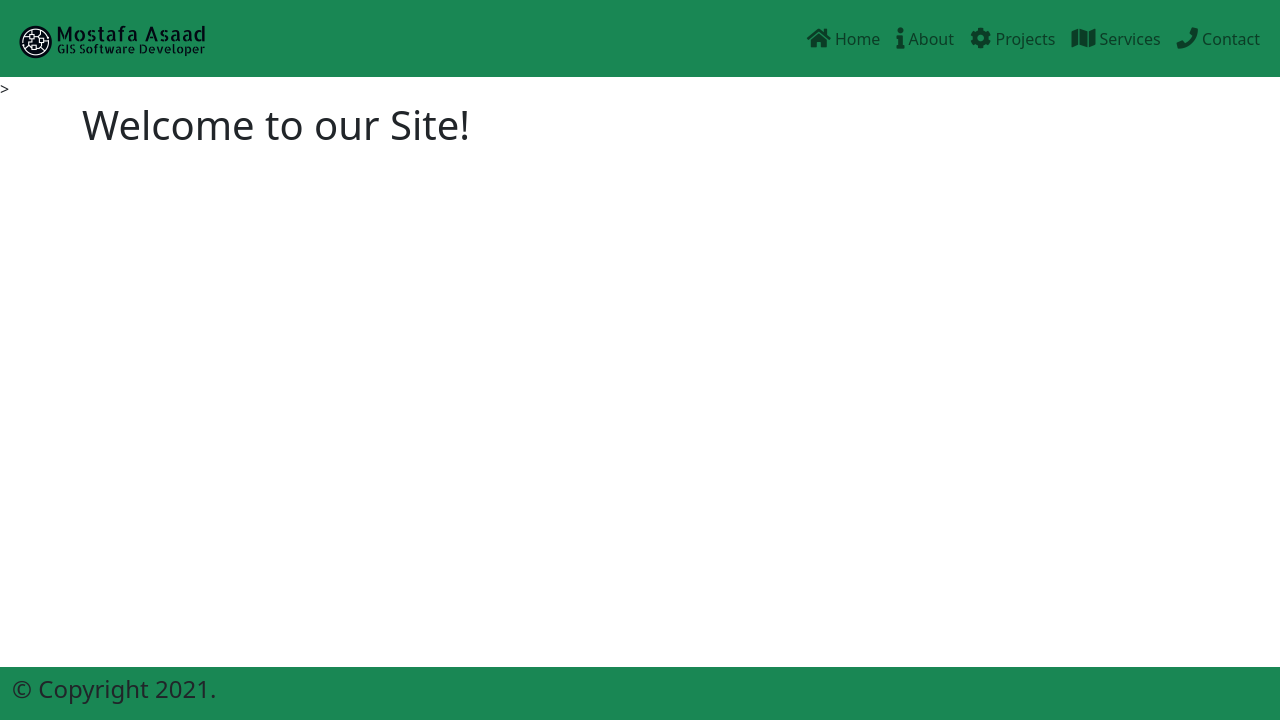
Repository: Mostafa-Asaad/Portfolio
Page: http://localhost/
An editor plug-in stored every save of this project. The page is shown before and after the next save, followed by the edit.
The browser window is 1280 px wide. The pictures show the whole page.
The page is served by the project's Node server (index.js). Other server files are loaded and not shown.

Above is the page before, as saved 2021-06-04 18:09:40.

### Server/Views/index.ejs
<!DOCTYPE html>
<html lang="en">
<head>
  <meta charset="UTF-8">
  <meta http-equiv="X-UA-Compatible" content="IE=edge">
  <meta name="viewport" content="width=device-width, initial-scale=1.0">
  <title><%= title %></title>
  <!-- CSS Section -->
  <link rel="stylesheet" href="/bootstrap/dist/css/bootstrap.min.css">
  <link rel="stylesheet" href="/@fortawesome/fontawesome-free/css/all.min.css">
  <link rel="stylesheet" href="/Content/app.css">
</head>
<body>
  <!-- Navigation Section -->
 <header>
  <%- include('./components/header.ejs') %>
 </header>

  <!--Main Content-->>
  <main>
    <%- include('./content/' + page + '.ejs') %>
  </main>

  <!-- Bottom Nav -->
  <footer>
    <%- include('./components/footer.ejs') %>
  </footer>

  <!-- JavaScript Section -->
  <script src="/jquery/dist/jquery.min.js"></script>
  <script src="/bootstrap/dist/js/bootstrap.min.js"></script>
  <script src="/Scripts/app.js"></script>
</body>
</html>

### Server/Views/components/header.ejs
<nav class="navbar navbar-expand-lg navbar-light bg-success">
    <div class="container-fluid">
      <a class="navbar-brand" href="/home"><img src="/Client/Assets/images/Logo.png"></a>
      <button class="navbar-toggler" type="button" data-bs-toggle="collapse" data-bs-target="#navbarSupportedContent" aria-controls="navbarSupportedContent" aria-expanded="false" aria-label="Toggle navigation">
        <span class="navbar-toggler-icon"></span>
      </button>
      <div class="collapse navbar-collapse" id="navbarSupportedContent">
        <ul class="navbar-nav ms-auto mb-2 mb-lg-0">
          <li class="nav-item">
            <a class="nav-link" href="/home"><i class="fas fa-home fa-lg"></i> Home</a>
          </li>
          <li class="nav-item">
            <a class="nav-link" href="/about"><i class="fas fa-info fa-lg"></i> About</a>
          </li>
          <li class="nav-item">
            <a class="nav-link" href="/projects"><i class="fas fa-cog fa-lg"></i> Projects</a>
          </li>
          <li class="nav-item">
            <a class="nav-link" href="/services"><i class="fas fa-map fa-lg"></i> Services</a>
          </li>
          <li class="nav-item">
            <a class="nav-link" href="/contact"><i class="fas fa-phone fa-lg"></i> Contact</a>
          </li>
        </ul>
      </div>
    </div>
  </nav>

### Server/Views/content/home.ejs
<div class="container">
    <h1>Welcome to our Site!</h1>
</div>

### Server/Views/components/footer.ejs
<nav class="navbar fixed-bottom navbar-success bg-success">
    <div class="container-fluid">
      <h4>&copy; Copyright 2021.</h4>
    </div>
  </nav>

### index.js
#!/usr/bin/env node
"use strict";
var __importDefault = (this && this.__importDefault) || function (mod) {
    return (mod && mod.__esModule) ? mod : { "default": mod };
};
Object.defineProperty(exports, "__esModule", { value: true });
const app_1 = __importDefault(require("./Server/Config/app"));
const debug_1 = __importDefault(require("debug"));
debug_1.default('week-4d:server');
const http_1 = __importDefault(require("http"));
let port = normalizePort(process.env.PORT || '3000');
app_1.default.set('port', port);
let server = http_1.default.createServer(app_1.default);
server.listen(port);
server.on('error', onError);
server.on('listening', onListening);
function normalizePort(val) {
    let port = parseInt(val, 10);
    if (isNaN(port)) {
        return val;
    }
    if (port >= 0) {
        return port;
    }
    return false;
}
function onError(error) {
    if (error.syscall !== 'listen') {
        throw error;
    }
    var bind = typeof port === 'string'
        ? 'Pipe ' + port
        : 'Port ' + port;
    switch (error.code) {
        case 'EACCES':
            console.error(bind + ' requires elevated privileges');
            process.exit(1);
            break;
        case 'EADDRINUSE':
            console.error(bind + ' is already in use');
            process.exit(1);
            break;
        default:
            throw error;
    }
}
function onListening() {
    let addr = server.address();
    let bind = typeof addr === 'string'
        ? 'pipe ' + addr
        : 'port ' + addr.port;
    debug_1.default('Listening on ' + bind);
}
//# sourceMappingURL=index.js.map

### Server/Routes/index.js
"use strict";
var __importDefault = (this && this.__importDefault) || function (mod) {
    return (mod && mod.__esModule) ? mod : { "default": mod };
};
Object.defineProperty(exports, "__esModule", { value: true });
const express_1 = __importDefault(require("express"));
const router = express_1.default.Router();
exports.default = router;
router.get('/', function (req, res, next) {
    res.render('index', { title: 'Home', page: 'home' });
});
router.get('/home', function (req, res, next) {
    res.render('index', { title: 'Home', page: 'home' });
});
router.get('/about', function (req, res, next) {
    res.render('index', { title: 'About Us', page: 'about' });
});
router.get('/projects', function (req, res, next) {
    res.render('index', { title: 'Our Projects', page: 'projects' });
});
router.get('/services', function (req, res, next) {
    res.render('index', { title: 'Our Services', page: 'services' });
});
router.get('/contact', function (req, res, next) {
    res.render('index', { title: 'Contact Us', page: 'contact' });
});
//# sourceMappingURL=index.js.map

### Client/Content/app.css
/* your custom css goes here */

### Client/Scripts/app.js
"use strict";
(function () {
    function Start() {
        console.log("App Started");
    }
    window.addEventListener("load", Start);
})();
//# sourceMappingURL=app.js.map

After the next save:
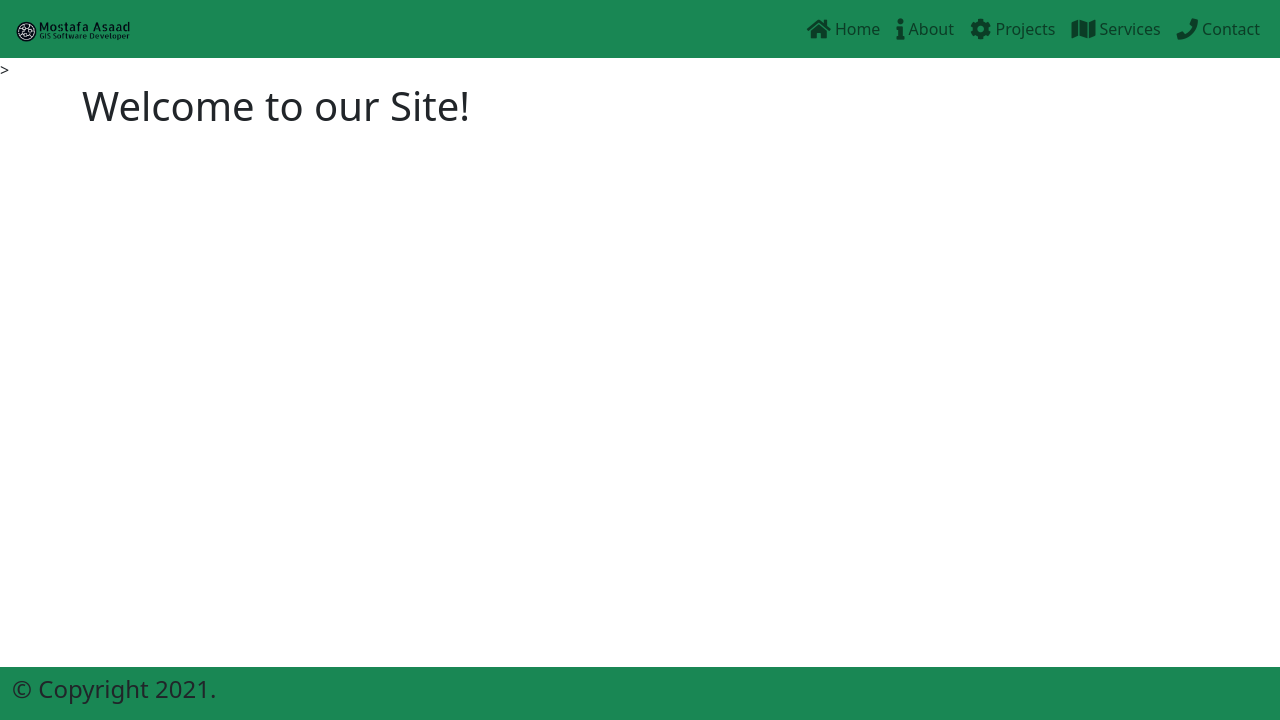
Saved 28 s later.
--- a/Server/Views/components/header.ejs
+++ b/Server/Views/components/header.ejs
@@ -1,6 +1,6 @@
 <nav class="navbar navbar-expand-lg navbar-light bg-success">
     <div class="container-fluid">
-      <a class="navbar-brand" href="/home"><img src="/Client/Assets/images/Logo.png"></a>
+      <a class="navbar-brand" href="/home"><img src="/Client/Assets/images/Logo.png" width="120" alt="Bootstrappin'"></a>
       <button class="navbar-toggler" type="button" data-bs-toggle="collapse" data-bs-target="#navbarSupportedContent" aria-controls="navbarSupportedContent" aria-expanded="false" aria-label="Toggle navigation">
         <span class="navbar-toggler-icon"></span>
       </button>
